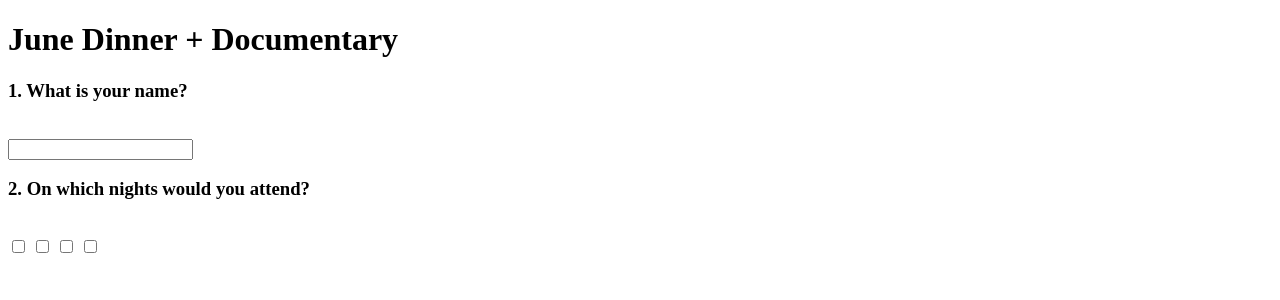
Repository: bhuhmann/event-survey
Page: survey.html
The author's editor kept a copy of each file at every save. The page is drawn from the files as they stood at one save, then again after the next save.
The browser window is 1280 px wide. The pictures show the whole page.

Above is the page before, as saved 2020-03-31 19:04:35.

### survey.html
<!DOCTYPE html>
<html>
    <head>
        <title>June Dinner + Documentary</title>
    </head>
    <body>
        <h1>June Dinner + Documentary</h1>
        <!--TODO: form needs an action="" something, but I don't know how this works yet-->
        <form method="GET">
            <!--TODO: consider if further data validation would be useful-->
            <!--TODO: can I make automatic numbering happen so that I can easily reorder/add/remove questions?-->
            <label for="name"><h3>1. What is your name?</h3></label>
            <br>
            <input id="name" type="text" name="name" required>
            <br>
            <label for="dates"><h3>2. On which nights would you attend?</h3></label>
            <br>
            <input id='dates' type="checkbox" name="dates" value="Saturday, June 6">
            <input id='dates' type="checkbox" name="dates" value="Saturday, June 13">
            <input id='dates' type="checkbox" name="dates" value="Saturday, June 20">
            <input id='dates' type="checkbox" name="dates" value="Saturday, June 27">
            <!--Which nights would you attend? checkbox options-->
            <!--Please rank the films in order of preference. Maybe drag and drop, probably requires JS?-->
            <!--Please rank the main dishes in order of preference. Maybe drag and drop, probably requires JS?-->
            <!--Please rank the ice cream flavors in order of preference. Maybe drag and drop, probably requires JS?-->
            <!--Anything else (documentary suggestions, ice cream flavor suggestions, etc.)? areatext-->
        </form>
    </body>

</html>

After the next save:
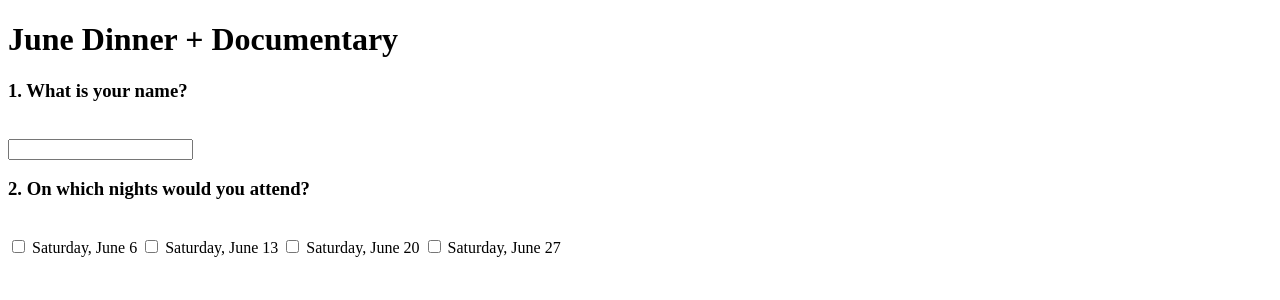
Saved 3 min 26 s later.
--- a/survey.html
+++ b/survey.html
@@ -13,12 +13,17 @@
             <br>
             <input id="name" type="text" name="name" required>
             <br>
-            <label for="dates"><h3>2. On which nights would you attend?</h3></label>
+            <span><h3>2. On which nights would you attend?</h3></span>
             <br>
+            <!--TODO: consider what date value should be for proper input into database-->
             <input id='dates' type="checkbox" name="dates" value="Saturday, June 6">
+            <label for="dates">Saturday, June 6</label>
             <input id='dates' type="checkbox" name="dates" value="Saturday, June 13">
+            <label for="dates">Saturday, June 13</label>
             <input id='dates' type="checkbox" name="dates" value="Saturday, June 20">
+            <label for="dates">Saturday, June 20</label>
             <input id='dates' type="checkbox" name="dates" value="Saturday, June 27">
+            <label for="dates">Saturday, June 27</label>
             <!--Which nights would you attend? checkbox options-->
             <!--Please rank the films in order of preference. Maybe drag and drop, probably requires JS?-->
             <!--Please rank the main dishes in order of preference. Maybe drag and drop, probably requires JS?-->
